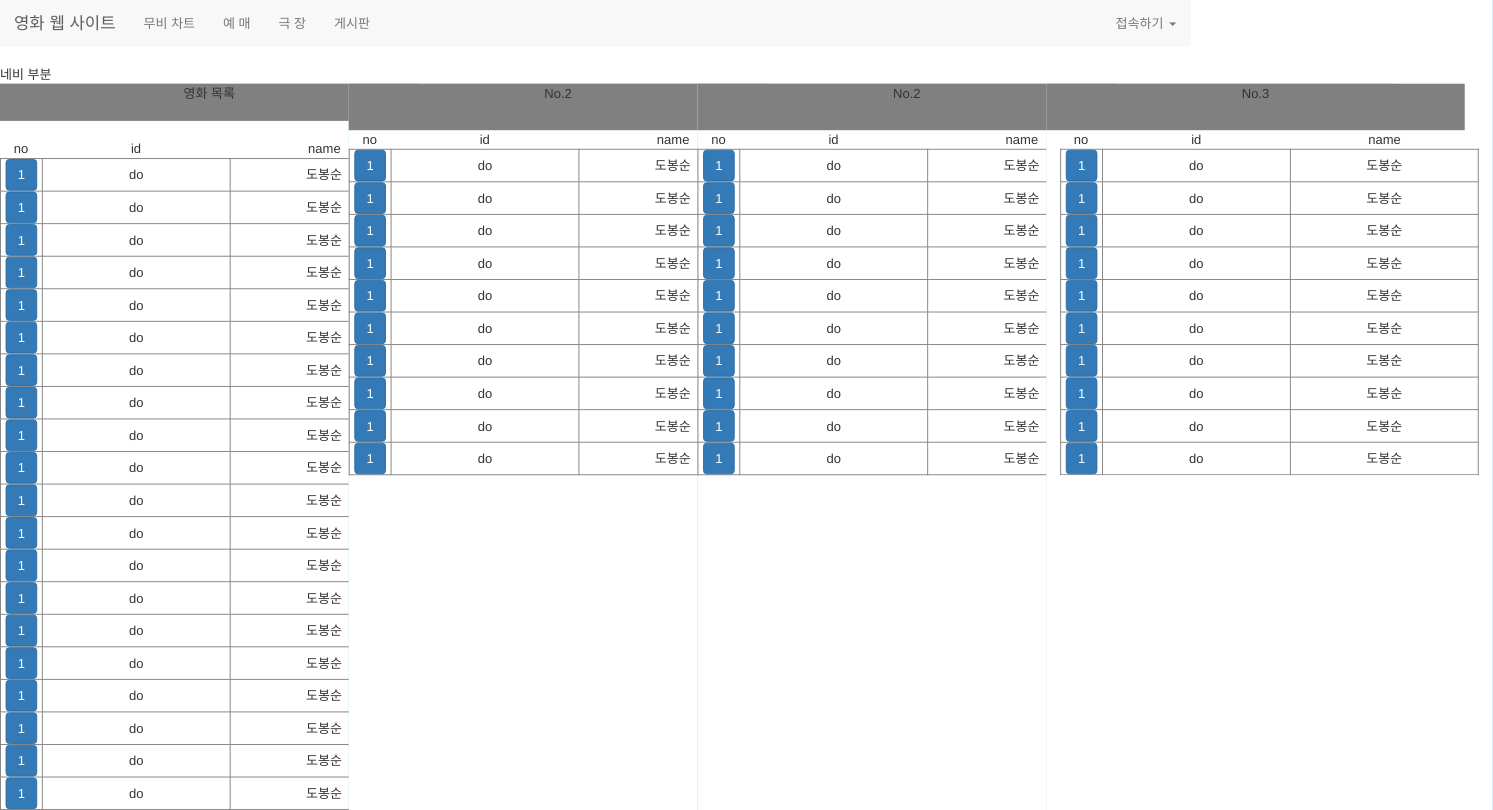
Repository: Gotaemin/java
Page: http://localhost/BBS/movieReserve.jsp
The author's editor kept a copy of each file at every save. The page is drawn from the files as they stood at one save, then again after the next save.
The browser window is 1280 px wide. The page is 1605 px wide, so the pictures cover 1605 px, including what lies to the right of the window. The pictures show the whole page, at 93% of full size.
Some web libraries are served in a nearby version. The page is served by Tomcat 9.

Above is the page before, as saved 2020-03-16 06:34:30.

After the next save:
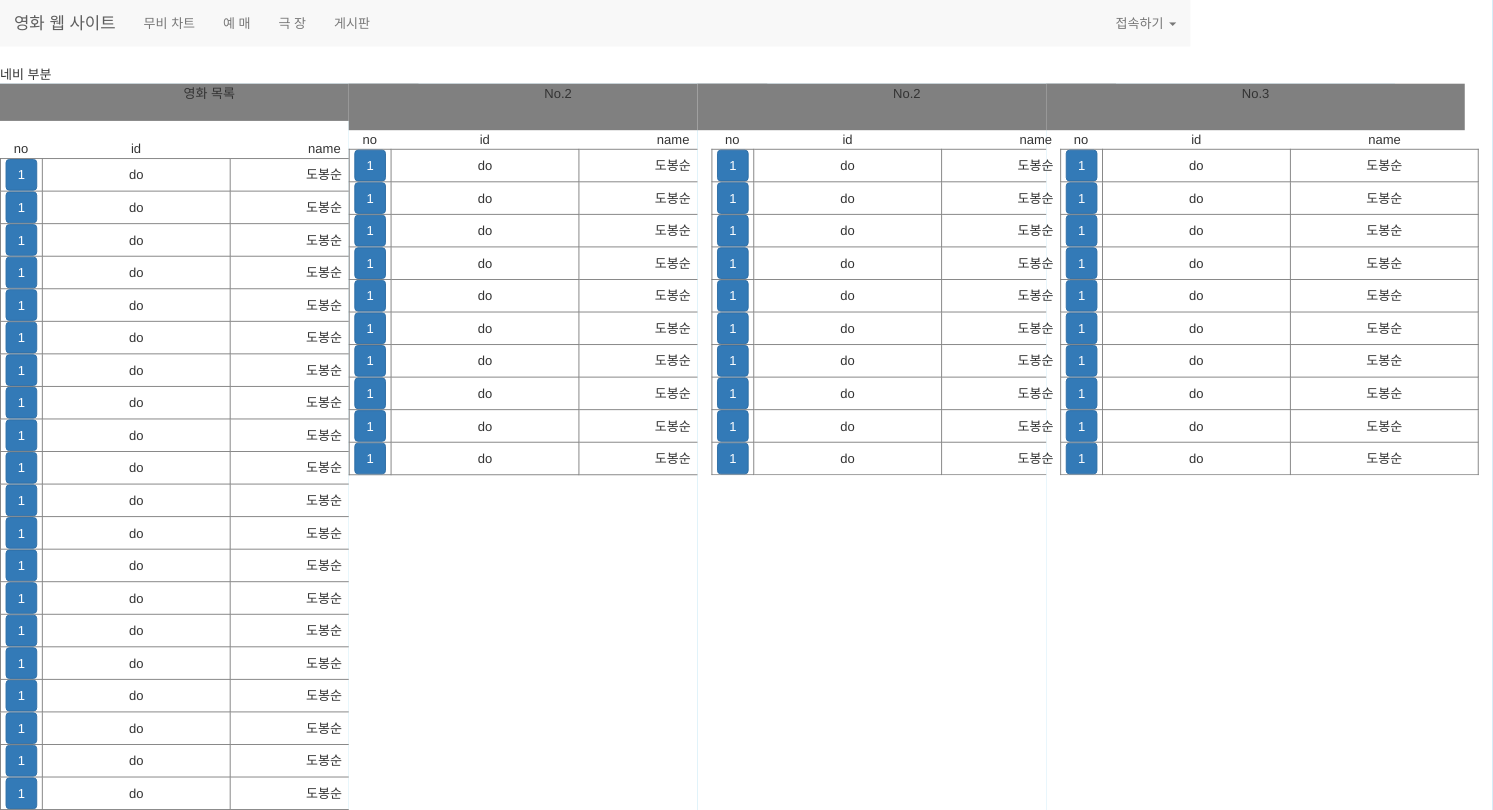
Saved 17 s later.
--- a/BBS/BBS/WebContent/movieReserve.jsp
+++ b/BBS/BBS/WebContent/movieReserve.jsp
@@ -226,7 +226,7 @@ tr{
 				<div align=center style="display: table-cell; background: white;">
 					<div class="test_content"
 						style="width: 450px; height: 50px; background: gray">No.2</div>
-					<div id="movie">
+					<div id="movie_Date">
 						<table>
 							<colgroup>
 								<col width="10%">
